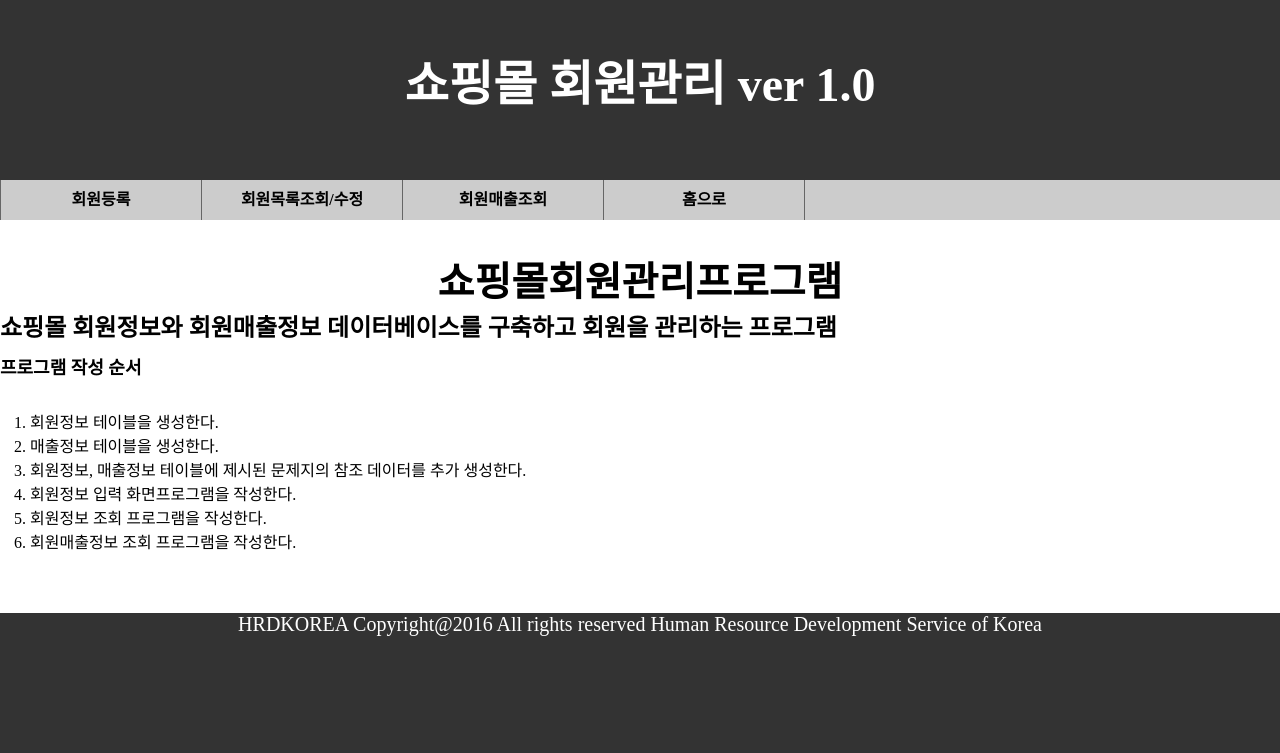
Repository: jsky1234/NCS
Page: http://localhost/HRD_1/admin.jsp
The author's editor kept a copy of each file at every save. The page is drawn from the files as they stood at one save, then again after the next save.
The browser window is 1280 px wide. The pictures show the whole page.
The page is served by Tomcat 9. Other server files are loaded and not shown.

Above is the page before, as saved 2020-11-09 02:40:50.

### ncs1/HRD_1/WebContent/admin.jsp
<%@ page language="java" contentType="text/html; charset=UTF-8"
    pageEncoding="UTF-8"%>
<!DOCTYPE html>
<html>
<head>
<meta charset="UTF-8">
<title>관리자 모드로 로그인 중</title>
<style>
* { margin: 0; padding: 0; }
body, html { width: 100%; height: 100%; }
ul { list-style : none; }
a { text-decoration: none; }

button, label, input { outline: 0; border: 0; user-select: none; }
img { border: 0; }
ol { padding: 30px; }
.hd { clear: both; min-height: 180px; background-color: #333; }
.tit { font-size: 48px; text-align: center; line-height: 140px; color: #fff; padding-top: 15px;}
.gnb { clear: both; height: 40px; background-color: #cccccc; }
.gnb li { float: left; min-width: 120px; width: auto; }
.gnb a { display:block; text-align: center; line-height: 40px; width: 200px; height: 40px; color: #000000; font-weight: 700; border-left: 1px solid #666666; }
.gnb li:last-child { border-right: 1px solid #666666; }

.page { clear: both; padding: 30px 0 30px 0; }
.page_tit { text-align: center; font-size: 40px; }
.item_tit1 { font-size: 24px; }
.item_tit2 { font-size: 18px; margin-top: 10px;}

.ft { clear: both; width: 100%; bottom: 0; min-height:80px; height: 140px; background-color: #333; }
.copyright { color: #fff; font-size: 20px; text-align: center;}

</style>
</head>
<body>
<header class="hd">
	<h2 class="tit">쇼핑몰 회원관리 ver 1.0</h2>
</header>
<nav class="gnb">
	<ul>
		<li><a href="">회원등록</a></li>
		<li><a href="">회원목록조회/수정</a></li>
		<li><a href="">회원매출조회</a></li>
		<li><a href="">홈으로</a></li>
	</ul>
</nav>
<main class="content">
	<section class="page" id="page1">
		<h2 class="page_tit">쇼핑몰회원관리프로그램</h2>
		<div class="main_help">
			<h3 class="item_tit1">쇼핑몰 회원정보와 회원매출정보 데이터베이스를 구축하고 회원을 관리하는 프로그램</h3>
			<h3 class="item_tit2">프로그램 작성 순서</h3>
			<ol>
				<li>회원정보 테이블을 생성한다.</li>
				<li>매출정보 테이블을 생성한다.</li>
				<li>회원정보, 매출정보 테이블에 제시된 문제지의 참조 데이터를 추가 생성한다.</li>
				<li>회원정보 입력 화면프로그램을 작성한다.</li>
				<li>회원정보 조회 프로그램을 작성한다.</li>
				<li>회원매출정보 조회 프로그램을 작성한다.</li>
			</ol>
		</div>
	</section>
</main>
<footer class="ft">
	<div class="ft_wrap">
		<div class="admin_copy">
			<p class="copyright">HRDKOREA Copyright@2016 All rights reserved Human Resource Development Service of Korea</p>
		</div>
	</div>
</footer>
</body>
</html>

After the next save:
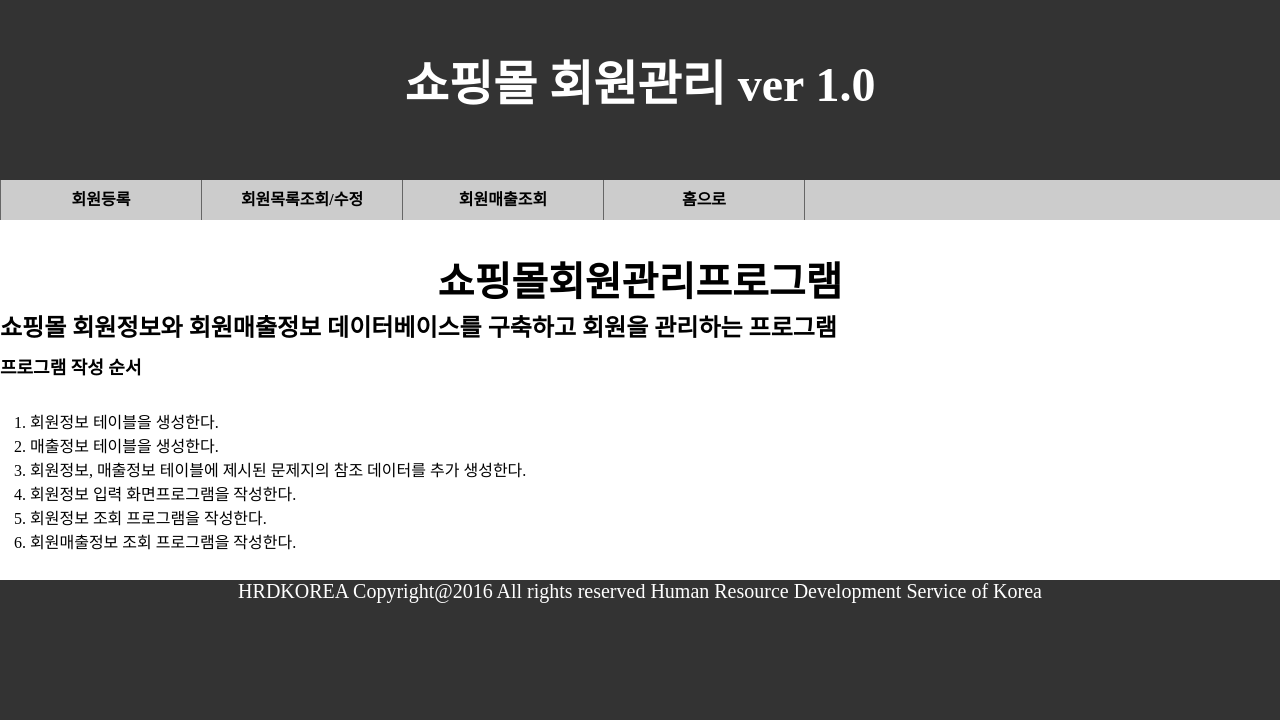
Saved 2 min 33 s later.
--- a/ncs1/HRD_1/WebContent/admin.jsp
+++ b/ncs1/HRD_1/WebContent/admin.jsp
@@ -26,7 +26,7 @@ ol { padding: 30px; }
 .item_tit1 { font-size: 24px; }
 .item_tit2 { font-size: 18px; margin-top: 10px;}
 
-.ft { clear: both; width: 100%; bottom: 0; min-height:80px; height: 140px; background-color: #333; }
+.ft { clear: both; position: absolute; width: 100%; bottom: 0; min-height:80px; height: 140px; background-color: #333; }
 .copyright { color: #fff; font-size: 20px; text-align: center;}
 
 </style>
